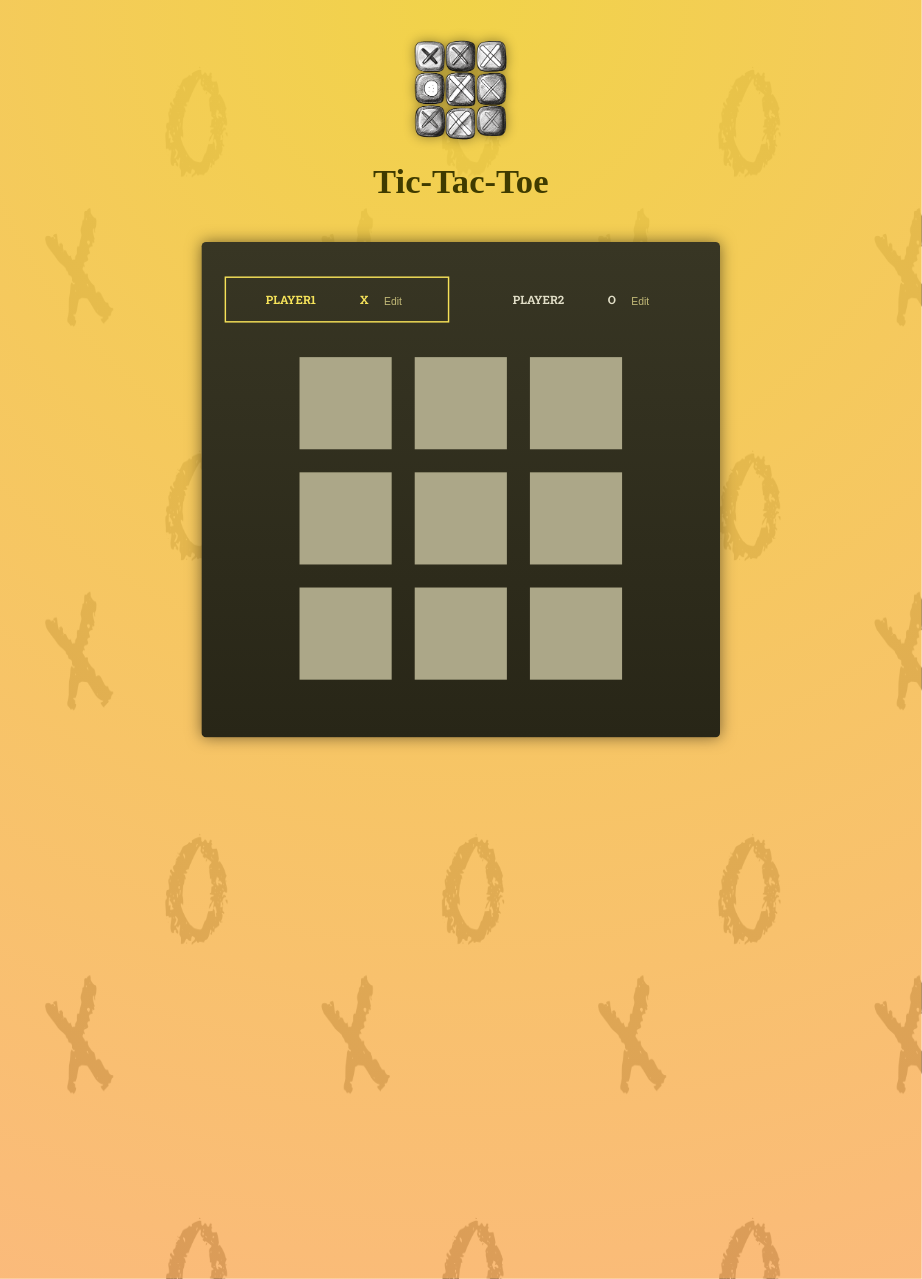
Repository: collyrium921/tic-tac-toe
Page: /
The author's editor kept a copy of each file at every save. The page is drawn from the files as they stood at one save, then again after the next save.
The browser window is 1280 px wide. The pictures show the whole page, at 72% of full size.
Some web fonts or font styles are not loaded; a fallback is used. The project was rebuilt for these pictures with package versions that can differ from the ones it lists, and the page was loaded fresh each time. Also part of the build but not shown: vite.config.js, src/components/GameOver.jsx.

Above is the page before, as saved 2024-05-24 23:40:13.

After the next save:
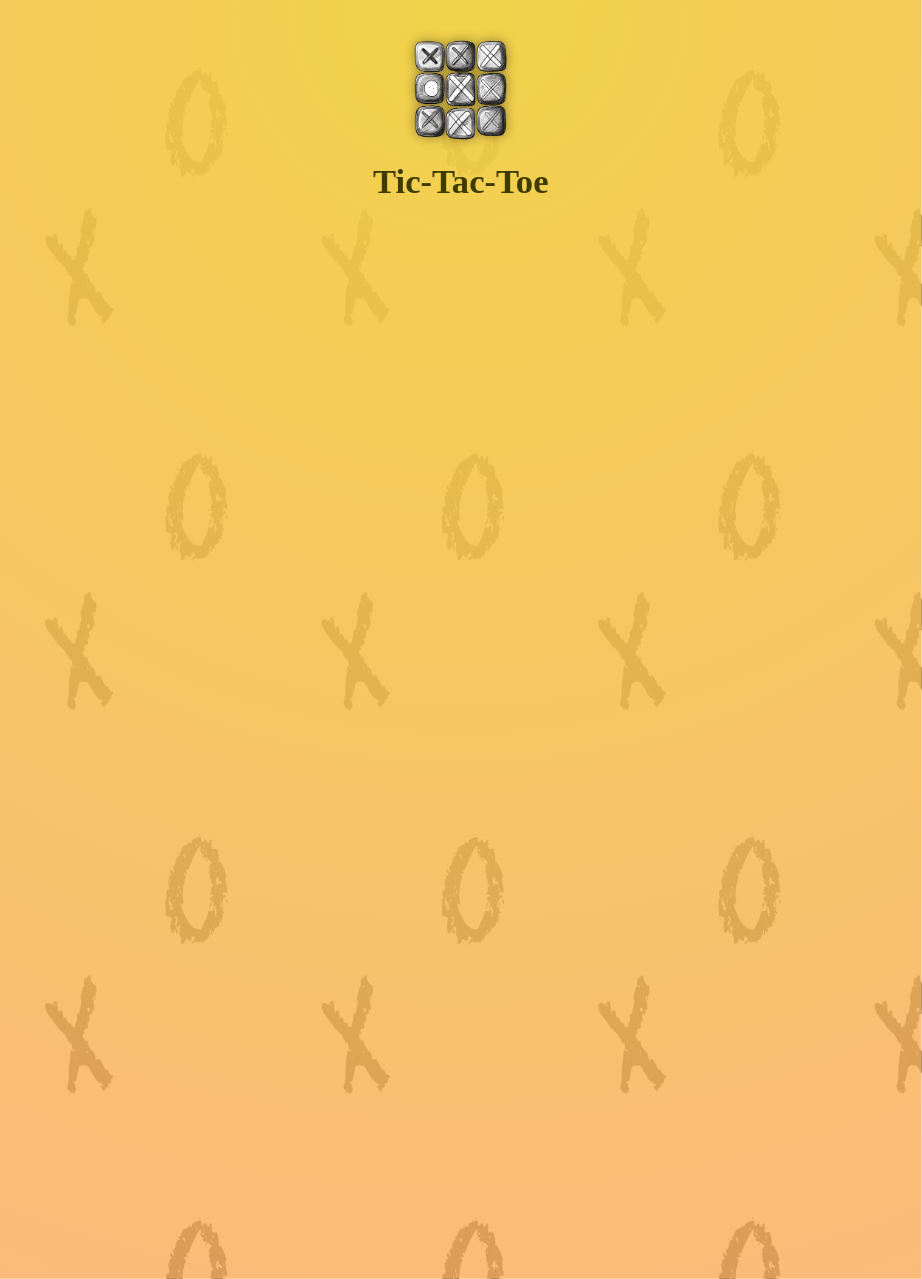
Console error: ReferenceError: initialGameBoard is not defined
Saved 10 s later.
--- a/src/App.jsx
+++ b/src/App.jsx
@@ -10,7 +10,7 @@
   O:'Player 2',
 }
 
-const initialGameBoard = [
+const INTITIAL_GAME_BOARD = [
   [null, null, null],
   [null, null, null],
   [null, null, null],

After the 5 saves that followed:
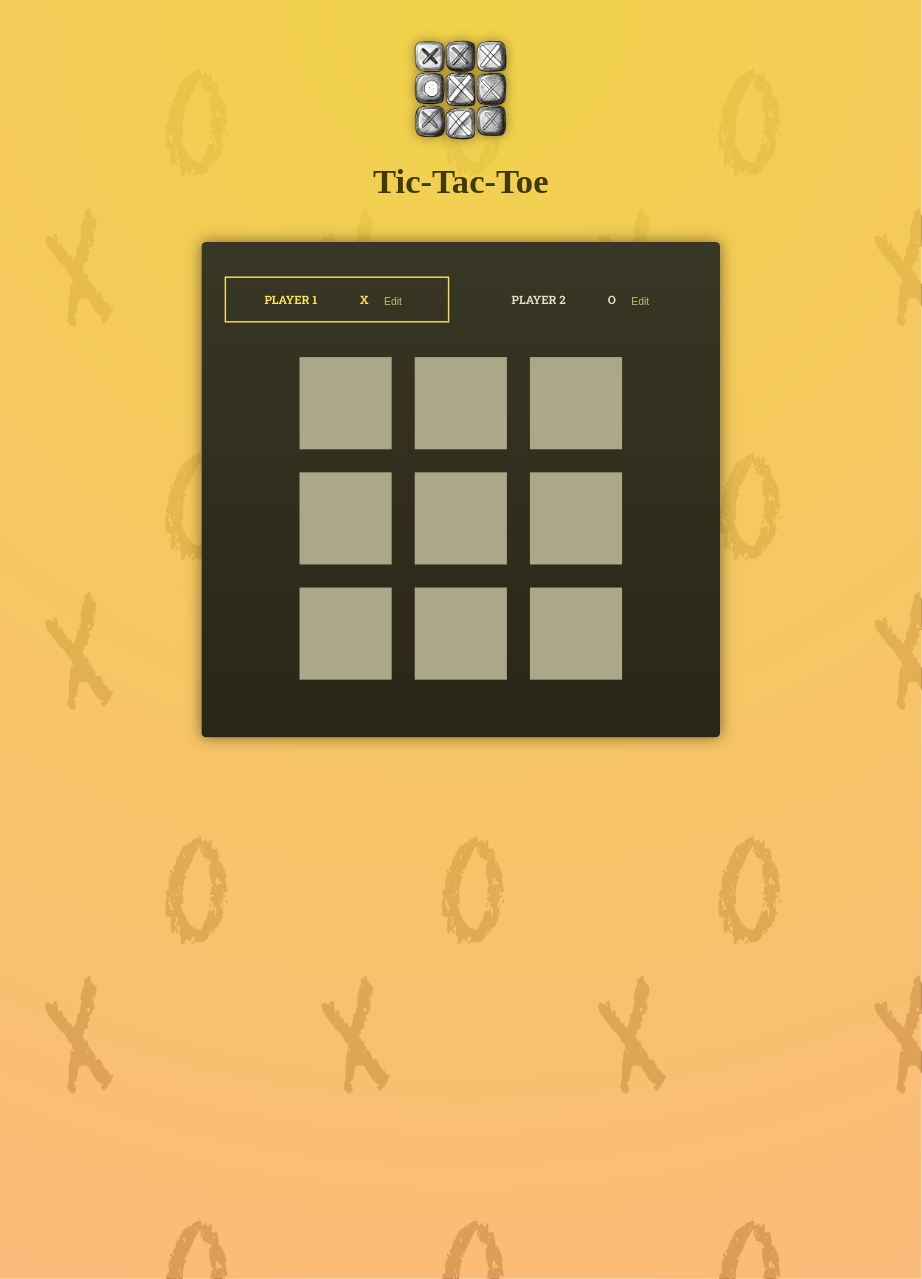
The error is gone.
The 5 saves are shown as one change because 4 left the picture as it was.
The last was saved 91 s later.
--- a/src/App.jsx
+++ b/src/App.jsx
@@ -10,7 +10,7 @@
   O:'Player 2',
 }
 
-const INTITIAL_GAME_BOARD = [
+const INITIAL_GAME_BOARD = [
   [null, null, null],
   [null, null, null],
   [null, null, null],
@@ -24,7 +24,7 @@
   return currentPlayer;
 }
 function deriveGameBoard(gameTurns) {
-  let gameBoard = [...initialGameBoard.map((array) => [...array])];
+  let gameBoard = [...INITIAL_GAME_BOARD.map((array) => [...array])];
 
   for (const turn of gameTurns) {
     const { square, player } = turn;
@@ -55,10 +55,7 @@
   return winner;
 }
 function App() {
-  const [player, setPlayer] = useState({
-    X: "Player 1",
-    O: "Player 2",
-  });
+  const [player, setPlayer] = useState(PLAYERS);
   const [gameTurns, setGameTurns] = useState([]);
 
   const activePlayer = deriveActivePlayer(gameTurns);
@@ -93,13 +90,13 @@
       <div id="game-container">
         <ol id="players" className="highlight-player">
           <Player
-            initialName="Player1"
+            initialName={PLAYERS.X}
             symbol="X"
             isActive={activePlayer == "X"}
             onChangeName={handlePlayerNameChange}
           />
           <Player
-            initialName="Player2"
+            initialName={PLAYERS.O}
             symbol="O"
             isActive={activePlayer == "O"}
             onChangeName={handlePlayerNameChange}
